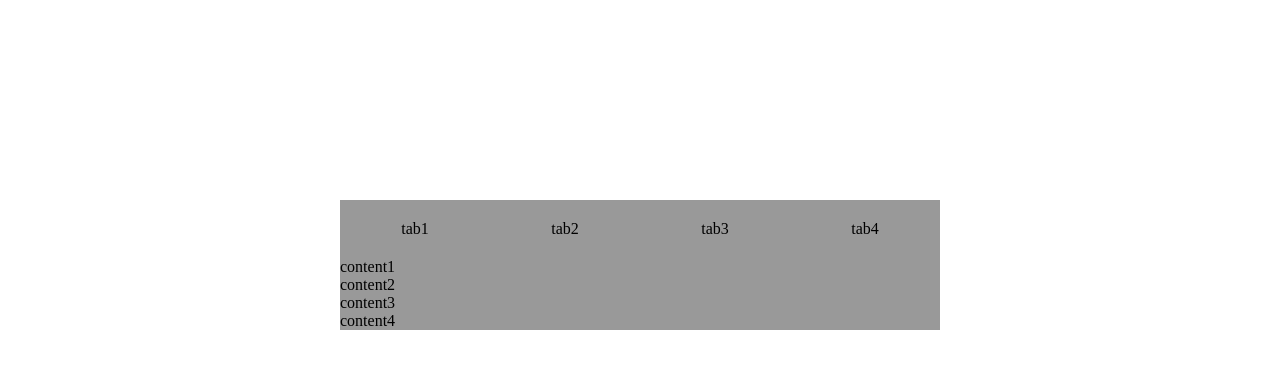
Repository: PCTai/javascript-coban
Page: tab UI/index.html
The author's editor kept a copy of each file at every save. The page is drawn from the files as they stood at one save, then again after the next save.
The browser window is 1280 px wide. The pictures show the whole page.

Above is the page before, as saved 2022-02-09 16:48:45.

### tab UI/index.html
<!DOCTYPE html>
<html lang="en">
<head>
    <meta charset="UTF-8">
    <meta http-equiv="X-UA-Compatible" content="IE=edge">
    <meta name="viewport" content="width=device-width, initial-scale=1.0">
    <title>Document</title>
    <link rel="stylesheet" href="./style.css">
</head>
<body>
    <div class="container">
        <div class="tab">
            <div class="tab-item">tab1</div>
            <div class="tab-item">tab2</div>
            <div class="tab-item">tab3</div>
            <div class="tab-item">tab4</div>
            <div class="tab-line"></div>
        </div>
        <div class="box">
            <div class="box-item">content1</div>
            <div class="box-item">content2</div>
            <div class="box-item">content3</div>
            <div class="box-item">content4</div>
        </div>

    </div>


    <script src="./app.js"></script>
</body>
</html>

### tab UI/style.css
*{
    margin: 0;
    border: 0;
    padding: 0;
}
.container{
    width: 600px;
    margin: auto;
    background-color: #999;
    margin-top: 200px;
}
.tab{
    display: flex;
}
.tab-item{
    flex: 1;
    text-align: center;
    padding: 20px 0;

}

Loaded but not shown: tab UI/app.js (no stored copy; drawn as an empty file)

After the next save:
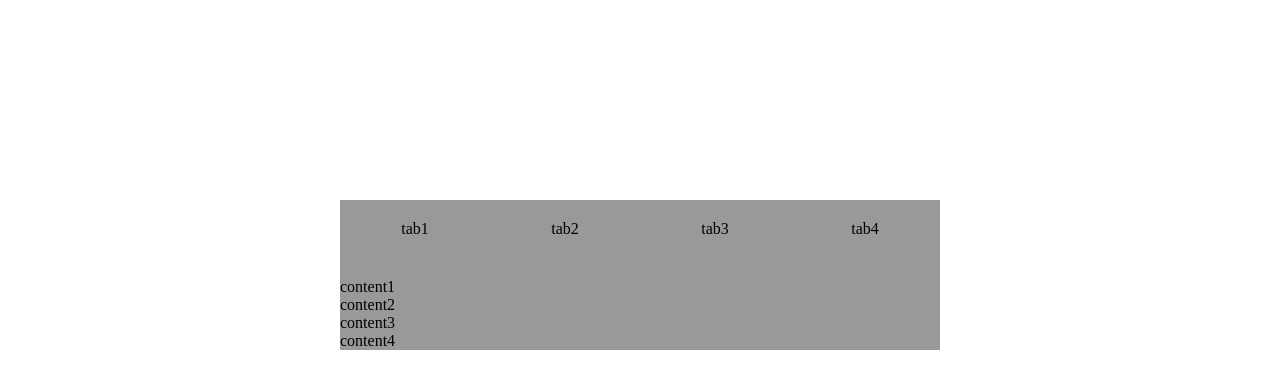
Saved 38 s later.
--- a/tab UI/style.css
+++ b/tab UI/style.css
@@ -18,3 +18,6 @@
     padding: 20px 0;
 
 }
+.box{
+    margin-top: 20px;
+}
